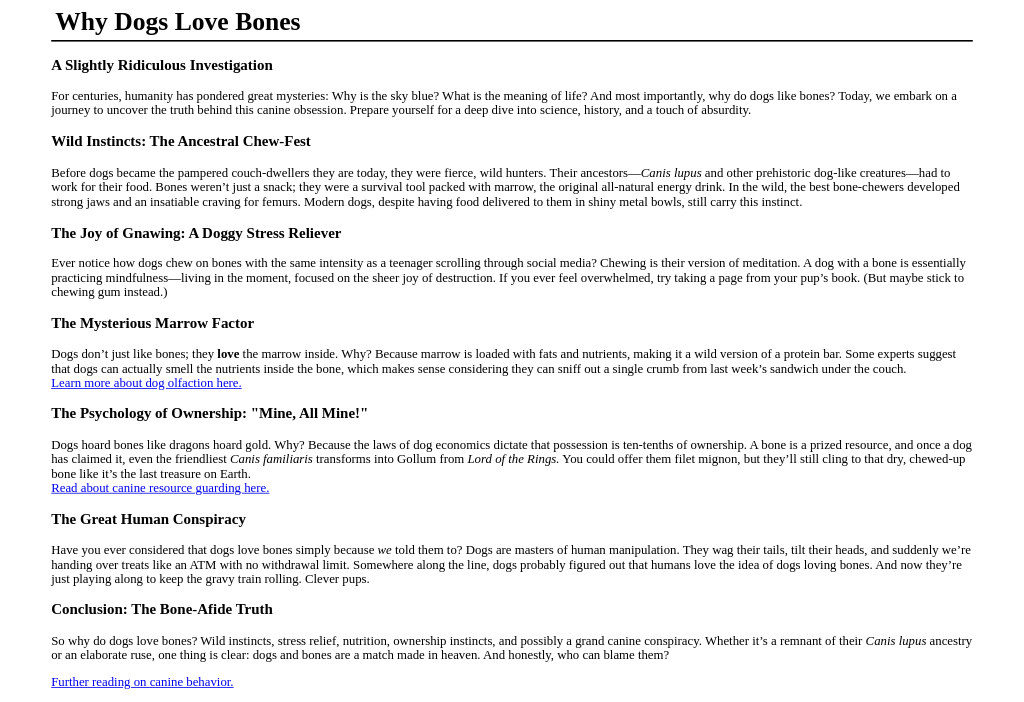
Repository: Leith-vdl/apprentice-challenge-1
Page: index.html
An editor plug-in stored every save of this project. The page is shown before and after the next save, followed by the edit.
The browser window is 1280 px wide. The pictures show the whole page, at 80% of full size.

Above is the page before, as saved 2025-01-31 15:16:40.

### index.html
<!DOCTYPE html>
<html lang="en">
<head>
    <meta charset="UTF-8">
    <meta name="viewport" content="width=device-width, initial-scale=1.0">
    <title>Why Dogs Love Bones</title>
    <link rel="stylesheet" href="styles/styles.css">
</head>
<body>
    <header class="page-header">
        <h1 class="page-header-title">
            Why Dogs Love Bones
        </h1>
    </header>
    <main>
        <section>
            <h3>A Slightly Ridiculous Investigation</h3>
            <p>
                For centuries, humanity has pondered great mysteries: Why is the sky blue? What is the
                meaning of life? And most importantly, why do dogs like bones? Today, we embark on a
                journey to uncover the truth behind this canine obsession. Prepare yourself for a deep dive into
                science, history, and a touch of absurdity.
            </p>
        </section>
        <section>
            <h3>Wild Instincts: The Ancestral Chew-Fest</h3>
            <p>
                Before dogs became the pampered couch-dwellers they are today, they were fierce, wild
                hunters. Their ancestors—<i>Canis lupus</i> and other prehistoric dog-like creatures—had to work for
                their food. Bones weren’t just a snack; they were a survival tool packed with marrow, the
                original all-natural energy drink. In the wild, the best bone-chewers developed strong jaws
                and an insatiable craving for femurs. Modern dogs, despite having food delivered to them in
                shiny metal bowls, still carry this instinct.
            </p>
        </section>
        <section>
            <h3>The Joy of Gnawing: A Doggy Stress Reliever</h3>
            <p>
                Ever notice how dogs chew on bones with the same intensity as a teenager scrolling through
                social media? Chewing is their version of meditation. A dog with a bone is essentially practicing
                mindfulness—living in the moment, focused on the sheer joy of destruction. If you ever feel
                overwhelmed, try taking a page from your pup’s book. (But maybe stick to chewing gum
                instead.)
            </p>
        </section>
        <section>
            <h3>The Mysterious Marrow Factor</h3>
            <p>
                Dogs don’t just like bones; they <b>love</b> the marrow inside. Why? Because marrow is loaded with
                fats and nutrients, making it a wild version of a protein bar. Some experts suggest that dogs
                can actually smell the nutrients inside the bone, which makes sense considering they can sniff
                out a single crumb from last week’s sandwich under the couch.<br>
                <a href="https://vcahospitals.com/know-your-pet/how-dogs-use-smell-to-perceive-the-world" target="_blank">Learn more about dog olfaction here.</a>
            </p>
        </section>
        <section>
            <h3>The Psychology of Ownership: "Mine, All Mine!"</h3>
            <p>
                Dogs hoard bones like dragons hoard gold. Why? Because the laws of dog economics dictate
                that possession is ten-tenths of ownership. A bone is a prized resource, and once a dog has
                claimed it, even the friendliest <i>Canis familiaris</i> transforms into Gollum from <i>Lord of the Rings.</i>
                You could offer them filet mignon, but they’ll still cling to that dry, chewed-up bone like it’s the
                last treasure on Earth.<br>
                <a href="https://www.battersea.org.uk/pet-advice/dog-advice/dealing-resource-guarding?gad_source=1&gclid=Cj0KCQiAhvK8BhDfARIsABsPy4h3CRlVVPVANZfAc-HngzDTwKg5KUgeNuAmZD8EIJDuwS7ktlBpRYQaAjNyEALw_wcB" target="_blank">Read about canine resource guarding here.</a>
            </p>
        </section>
        <section>
            <h3>The Great Human Conspiracy</h3>
            <p>
                Have you ever considered that dogs love bones simply because <i>we</i> told them to? Dogs are
                masters of human manipulation. They wag their tails, tilt their heads, and suddenly we’re
                handing over treats like an ATM with no withdrawal limit. Somewhere along the line, dogs
                probably figured out that humans love the idea of dogs loving bones. And now they’re just
                playing along to keep the gravy train rolling. Clever pups.
            </p>
        </section>
        <section>
            <h3>Conclusion: The Bone-Afide Truth</h3>
            <p>
                So why do dogs love bones? Wild instincts, stress relief, nutrition, ownership instincts, and
                possibly a grand canine conspiracy. Whether it’s a remnant of their <i>Canis lupus</i> ancestry or an
                elaborate ruse, one thing is clear: dogs and bones are a match made in heaven. And honestly,
                who can blame them?
            </p>
        </section>
    </main>
    <footer>
        <p>
            <a href="https://en.wikipedia.org/wiki/Dog_behavior" target="_blank">Further reading on canine behavior.</a>
        </p>
    </footer>
</body>
</html>

### styles/styles.css
body {
    margin: 0.5em 4em;
    font-size: 1em;
}

.page-header {
    border-bottom: 2px solid black;
}

h1.page-header-title {
    margin: 5px;
}

After the next save:
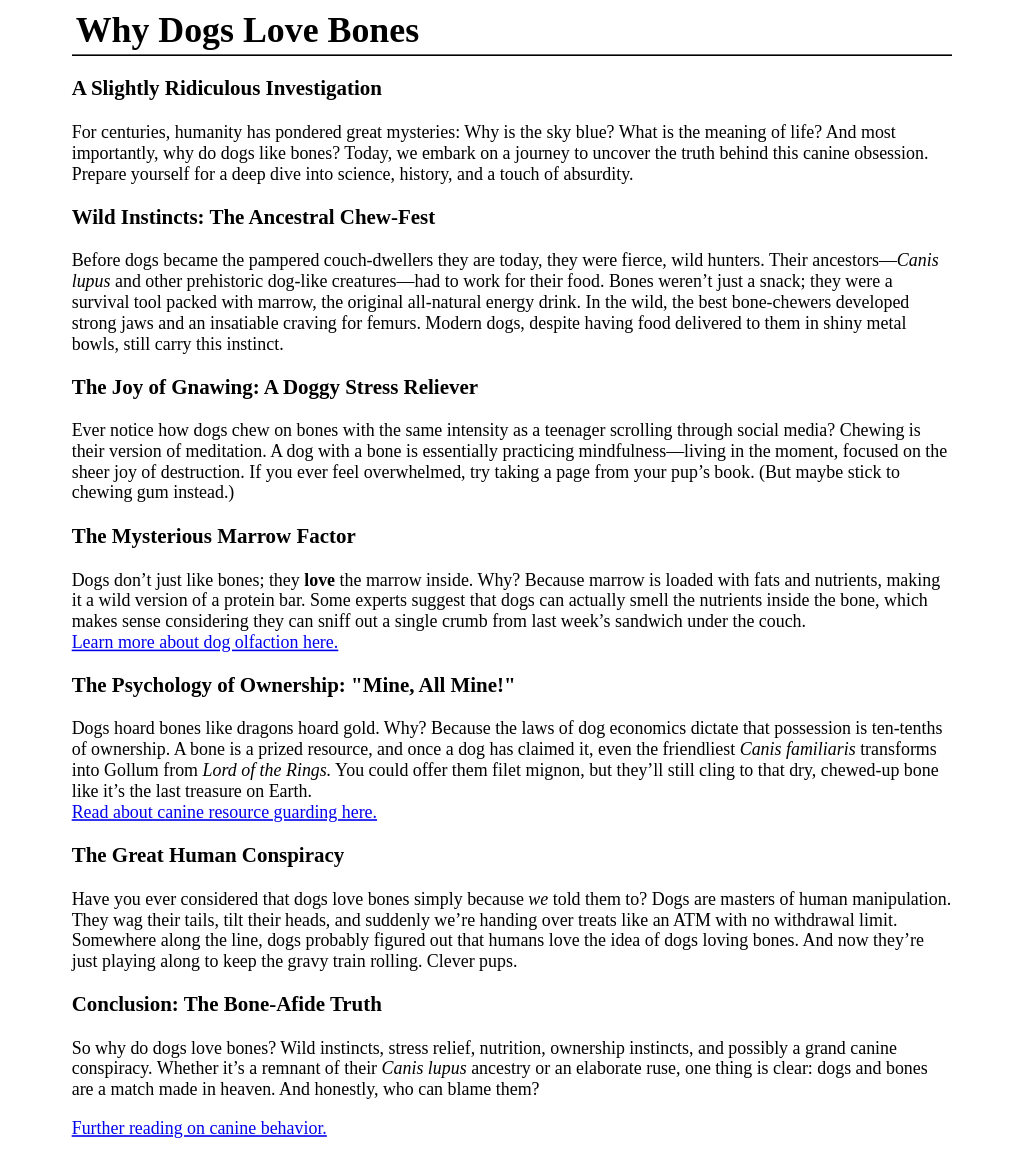
Saved 5 s later.
--- a/styles/styles.css
+++ b/styles/styles.css
@@ -1,6 +1,6 @@
 body {
     margin: 0.5em 4em;
-    font-size: 1em;
+    font-size: 1.4em;
 }
 
 .page-header {
